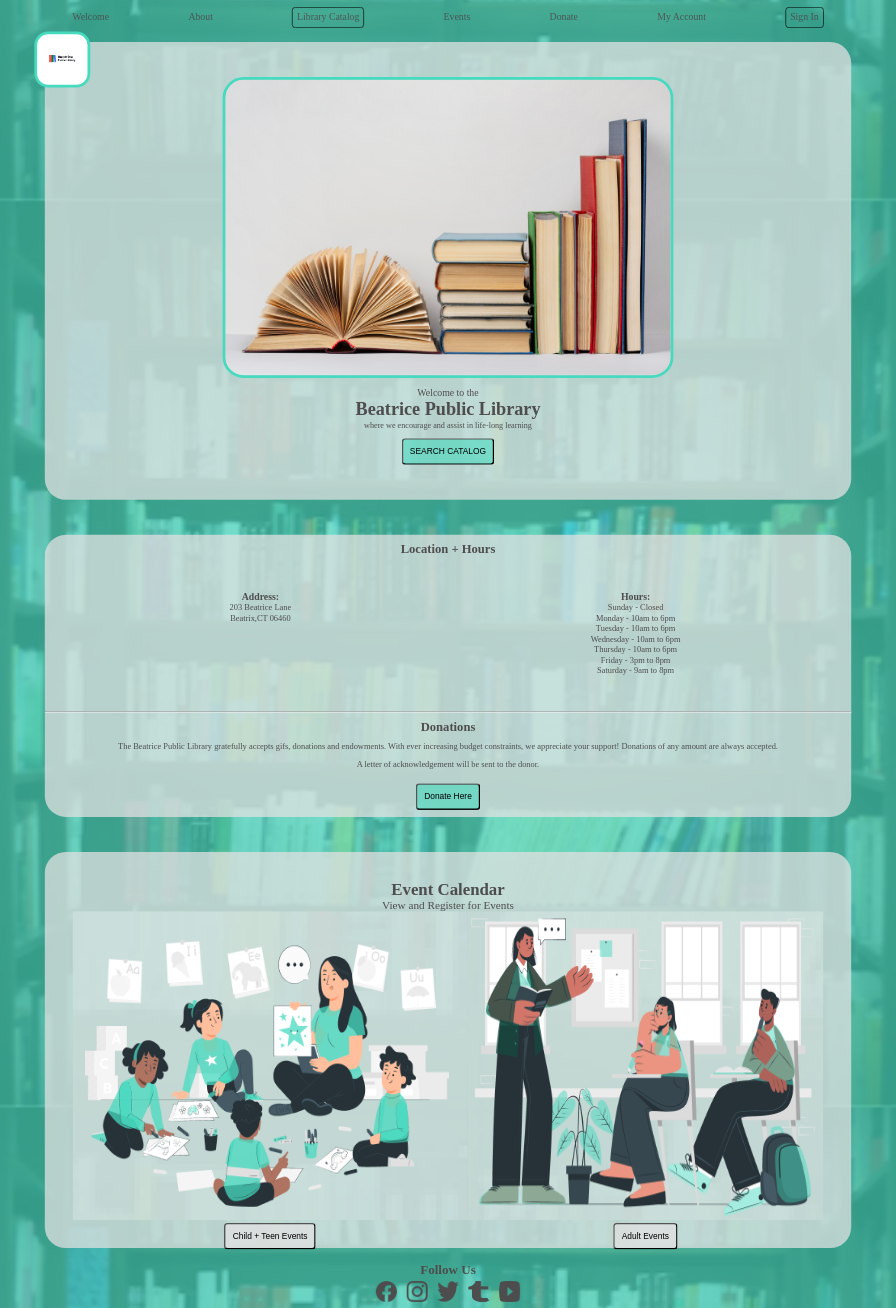
Repository: cokoduwa/RA-Wk5-Library
Page: index.html
The author's editor kept a copy of each file at every save. The page is drawn from the files as they stood at one save, then again after the next save.
The browser window is 1280 px wide. The pictures show the whole page, at 70% of full size.

Above is the page before, as saved 2023-01-25 22:08:46.

After the next save:
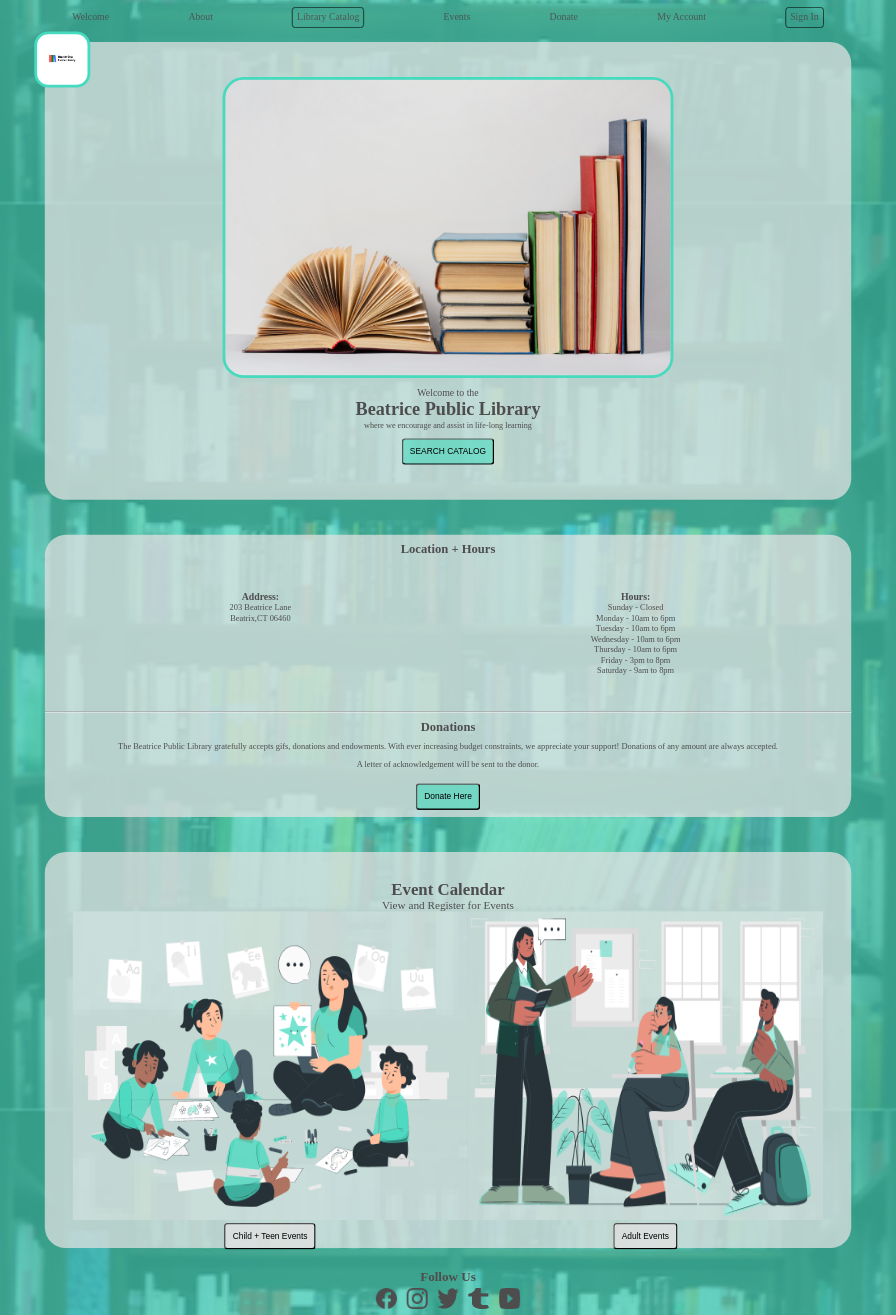
Saved 6 s later.
--- a/index.css
+++ b/index.css
@@ -166,7 +166,7 @@
 .events {
     text-align: center;
     padding: 40px;
-    margin: 20px auto;
+    margin: 30px auto;
 }
 
 .event-types{
